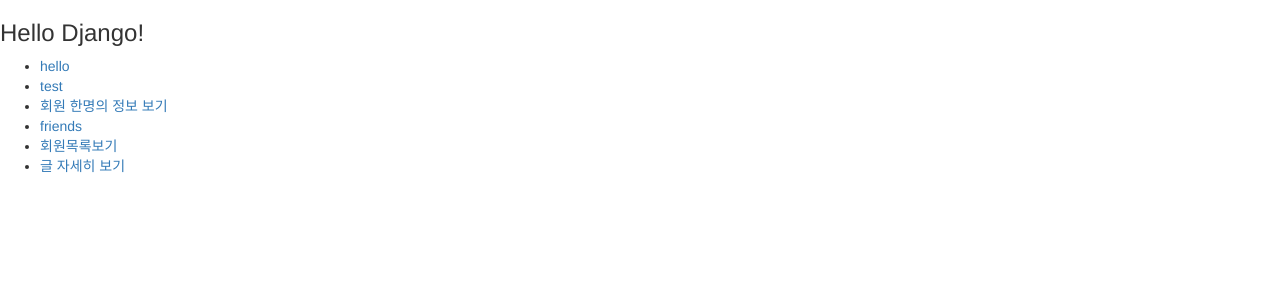
Repository: hyunhee7/python_work
Page: Django01/templates/index.html
The author's editor kept a copy of each file at every save. The page is drawn from the files as they stood at one save, then again after the next save.
The browser window is 1280 px wide. The pictures show the whole page.

Above is the page before, as saved 2017-08-18 02:49:49.

### Django01/templates/index.html
<!DOCTYPE html>
<html>
<head>
<meta charset="UTF-8">
<title>templates/index.html</title>
<!-- static 폴더에 있는 css 로딩 시키기 -->
<link rel="stylesheet" href="/static/css/bootstrap.css" />
</head>
<body>
<h3>Hello Django!</h3>
<ul>
	<li><a href="hello">hello</a></li>
	<li><a href="test">test</a></li>
	<li><a href="show_member">회원 한명의 정보 보기</a></li>
	<li><a href="friends">friends</a></li>
	<li><a href="members">회원목록보기</a></li>
	<li><a href="detail?num=999">글 자세히 보기</a></li>
</ul>
<form action="insert" method="post"></form>
</body>
</html>

Loaded but not shown: Django01/static/css/bootstrap.css (library)

After the next save:
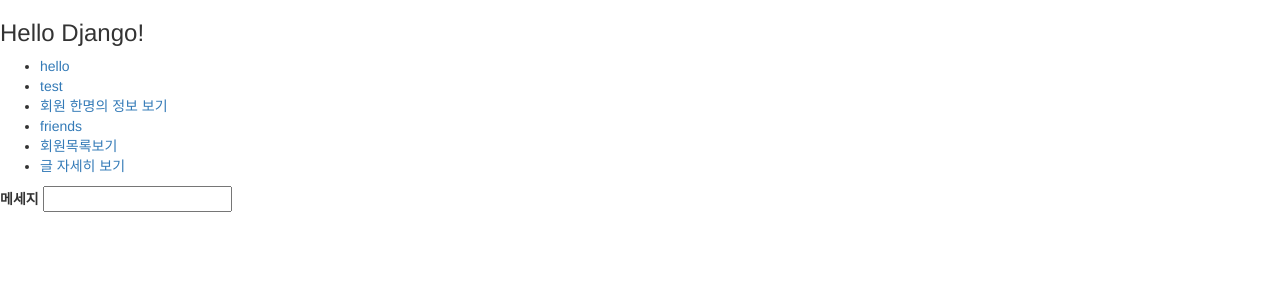
Saved 68 s later.
--- a/Django01/templates/index.html
+++ b/Django01/templates/index.html
@@ -16,6 +16,9 @@
 	<li><a href="members">회원목록보기</a></li>
 	<li><a href="detail?num=999">글 자세히 보기</a></li>
 </ul>
-<form action="insert" method="post"></form>
+<form action="insert" method="post">
+	<label for="msg">메세지</label>
+	<input type="text" name="msg" id="msg" />
+</form>
 </body>
 </html>
